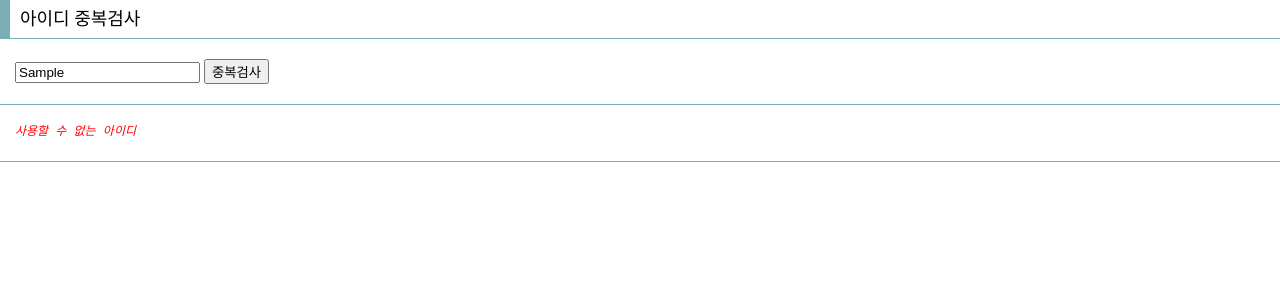
Repository: Choiinhwan11/JAVA
Page: Web/workspace/AJax_jQuery/src/main/webapp/02_xml/exam03.html
These files come from the project's save history. The page is drawn as it stood at one moment and after the next save; the edit follows.
The browser window is 1280 px wide. The pictures show the whole page.
Empty fields were first filled with sample values (such as "Sample", 5 or name@example.com).
After loading, the first visible `#check_id` was clicked once.

Above is the page before, as saved 2024-02-16 07:14:19.

### Web/workspace/AJax_jQuery/src/main/webapp/02_xml/exam03.html
<!DOCTYPE html>
<html>
<head>
<meta charset="UTF-8">
<title>Insert title here</title>
<link rel="stylesheet" href="../css/common.css">
<link rel="stylesheet" href="../css/reset.css">
</head>
<body>
	<h1 class="title">아이디 중복검사</h1>
	<div class="exec">
	   <input type="text" name="user_id"/>
	   <input type="button" id="check_id" value="중복검사"/>
	 	</div>
	   <div class="console" id="result"></div>
	<script src="http://code.jQuery.com/jquery-3.7.1.min.js"></script>
	 <script>
	   $(function(){
		   $('#check_id').click(function(){
			  var user_id = $('input[name="user_id"]').val();
			  if(!user_id){
				  alert("아이디를 입력하세요.");
				  $('input[name="user_id"]').focus();
				  return false;
			  }
			  $.get('../checkId/checkId.jsp', {'user_id' : user_id}, function(data){
				  console.log(data);
				  var result_txt = $(data).find('result').text();
				  //"true" => true 변환, 문자열 =>boolean 변환
				  var result=  eval("25 + 3");
				  if(result){
					  $('.console').html('<span style="color: red;">사용할 수 없는 아이디</span>');
				  }else{
					  $('.console').html('<span style="color: red;">사용 가능한 아이디</span>');
				  }
			  });
		   });
	   });
	 </script>
</body>
</html>
<!--
(1) $.ajax()
   $.ajax({
      url: "XML파일의 URL",
      type: "get / post",
      data: "파라미터 문자열 key=value&key=value",
      dataType: "xml",
      success: function(data) {
         ... 통신이 성공한 경우 실행되는 함수 ...
      },
      error: function(err){}
   });

(2) $.get() / $.post()
   $.get("url", {파라미터 json}, function(data) {
         ... XML 데이터의 처리 ...
      }, ["xml"]);

예)
var ajax = $.get("url", {파라미터 json}, function(data) {...XML 데이터의 처리...}, ["xml"]);

(3) ajax.fail() / ajax.always()
ajax.fail(function() {
   // 404, 500 에러 등이 발생한 경우 실행될 내용
});

ajax.always(function() {
   // 통신 성공, 실패 여부에 상관없이 무조건 마지막에 호출됨
});
 -->

### Web/workspace/AJax_jQuery/src/main/webapp/css/common.css
@charset "UTF-8";

html, body {
	width: 100%;
	height: 100%;
}

h1.title {
	font-size: large;
	border-left: 10px solid #7BAEB5;
	border-bottom: 1px solid #7BAEB5;
	padding: 10px;
	width: auto;
	background-color: #fff;
}

div.exec, div.console {
	padding: 20px 15px;
	border-bottom: 1px solid #7BAEB5;
}

div.console {
	font-family: 'Courier New';
	font-size: 12px;
	font-style: italic;
	line-height: 130%;
}

div.example {
	padding: 10px 30px;
}

### Web/workspace/AJax_jQuery/src/main/webapp/css/reset.css
@charset "UTF-8";

html, body, div, span, applet, object, iframe,
h1, h2, h3, h4, h5, h6, p, blockquote, pre,
a, abbr, acronym, address, big, cite, code,
del, dfn, em, img, ins, kbd, q, s, samp,
small, strike, strong, sub, sup, tt, var,
b, u, i, center,
dl, dt, dd, ol, ul, li,
fieldset, form, label, legend,
table, caption, tbody, tfoot, thead, tr, th, td,
article, aside, canvas, details, embed,
figure, figcaption, footer, header, hgroup,
menu, nav, output, ruby, section, summary,
time, mark, audio, video {
	margin: 0;
	padding: 0;
	border: 0;
	font-size: 100%;
	font: inherit;
	vertical-align: baseline;
}
/* HTML5 display-role reset for older browsers */
article, aside, details, figcaption, figure,
footer, header, hgroup, menu, nav, section {
	display: block;
}
body {
	line-height: 1;
}
ol, ul {
	list-style: none;
}
blockquote, q {
	quotes: none;
}
blockquote:before, blockquote:after,
q:before, q:after {
	content: '';
	content: none;
}
table {
	border-collapse: collapse;
	border-spacing: 0;
}

After the next save:
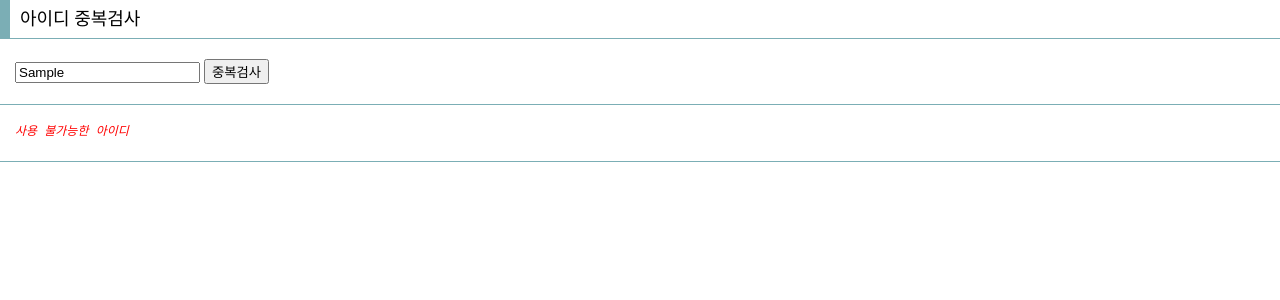
Saved 11 s later.
--- a/Web/workspace/AJax_jQuery/src/main/webapp/02_xml/exam03.html
+++ b/Web/workspace/AJax_jQuery/src/main/webapp/02_xml/exam03.html
@@ -29,7 +29,7 @@
 				  //"true" => true 변환, 문자열 =>boolean 변환
 				  var result=  eval("25 + 3");
 				  if(result){
-					  $('.console').html('<span style="color: red;">사용할 수 없는 아이디</span>');
+					  $('.console').html('<span style="color: red;">사용 불가능한 아이디</span>');
 				  }else{
 					  $('.console').html('<span style="color: red;">사용 가능한 아이디</span>');
 				  }
